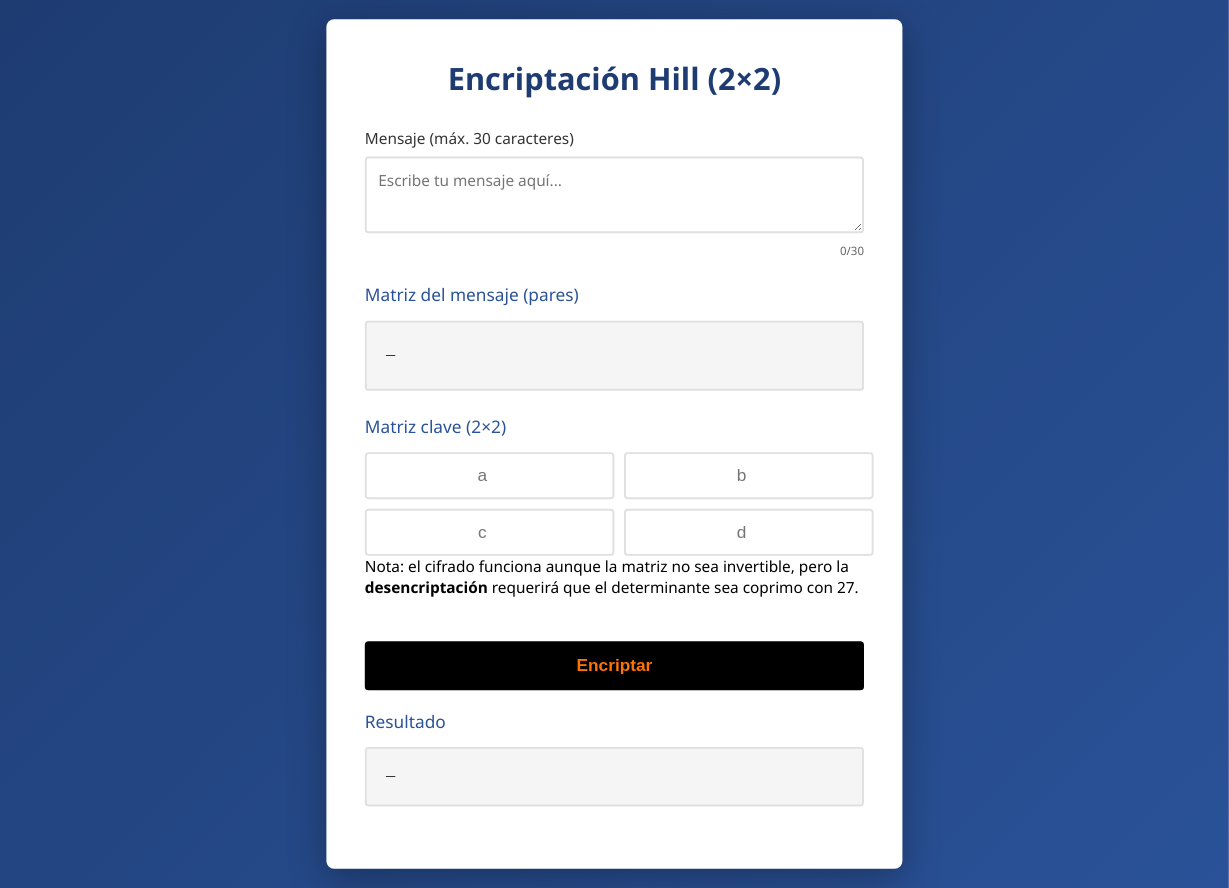
Repository: LeoTSW13/Clase-ejemplo-Algebra
Page: index.html
The author's editor kept a copy of each file at every save. The page is drawn from the files as they stood at one save, then again after the next save.
The browser window is 1280 px wide. The pictures show the whole page, at 96% of full size.

Above is the page before, as saved 2025-11-26 10:14:48.
Console error: TypeError: Cannot read properties of null (reading 'addEventListener')

### index.html
<!DOCTYPE html>
<html lang="es">
<head>
    <meta charset="UTF-8" />
    <meta name="viewport" content="width=device-width, initial-scale=1.0"/>
    <title>Encriptación Hill</title>
    <link rel="stylesheet" href="styles.css">
</head>
<body>
    <div class="container">
        <h1>Encriptación Hill (2×2)</h1>

        <div class="section">
            <label for="mensaje">Mensaje (máx. 30 caracteres)</label>
            <textarea id="mensaje" maxlength="30" placeholder="Escribe tu mensaje aquí..."></textarea>
            <div class="char-count">0/30</div>
        </div>

        <div class="section">
            <h3>Matriz del mensaje (pares)</h3>
            <div id="matrizMensaje" class="matriz-display">—</div>
        </div>

        <div class="section">
            <h3>Matriz clave (2×2)</h3>
            <div class="matriz-input">
                <input type="number" id="k11" placeholder="a">
                <input type="number" id="k12" placeholder="b">
                <input type="number" id="k21" placeholder="c">
                <input type="number" id="k22" placeholder="d">
            </div>
            <div class="hint">Nota: el cifrado funciona aunque la matriz no sea invertible, pero la <strong>desencriptación</strong> requerirá que el determinante sea coprimo con 27.</div>
        </div>

        <button id="encriptar">Encriptar</button>

        <div class="section">
            <h3>Resultado</h3>
            <div id="resultado" class="resultado-box">—</div>
        </div>
    </div>

    <script src="script.js"></script>
</body>
</html>

### styles.css
* {
    margin: 0;
    padding: 0;
    box-sizing: border-box;
}

body {
    font-family: 'Segoe UI', Tahoma, Geneva, Verdana, sans-serif;
    background: linear-gradient(135deg, #1e3c72 0%, #2a5298 100%);
    min-height: 100vh;
    display: flex;
    justify-content: center;
    align-items: center;
    padding: 20px;
}

.container {
    background: white;
    max-width: 600px;
    width: 100%;
    padding: 40px;
    border-radius: 8px;
    box-shadow: 0 10px 40px rgba(0, 0, 0, 0.3);
}

h1 {
    color: #1e3c72;
    text-align: center;
    margin-bottom: 30px;
    font-size: 32px;
    font-weight: 600;
}

h3 {
    color: #2a5298;
    margin-bottom: 15px;
    font-size: 18px;
    font-weight: 500;
}

.section {
    margin-bottom: 25px;
}

label {
    display: block;
    color: #333;
    margin-bottom: 8px;
    font-weight: 500;
}

textarea {
    width: 100%;
    padding: 12px;
    border: 2px solid #e0e0e0;
    border-radius: 4px;
    font-size: 16px;
    resize: vertical;
    min-height: 80px;
    font-family: inherit;
    transition: border-color 0.3s;
}

textarea:focus {
    outline: none;
    border-color: #2a5298;
}

.char-count {
    text-align: right;
    color: #666;
    font-size: 12px;
    margin-top: 5px;
}

.matriz-display {
    background: #f5f5f5;
    padding: 20px;
    border-radius: 4px;
    border: 2px solid #e0e0e0;
    min-height: 60px;
    font-family: 'Courier New', monospace;
    color: #333;
    line-height: 1.8;
}

.matriz-input {
    display: grid;
    grid-template-columns: 1fr 1fr;
    gap: 10px;
    max-width: 200px;
}

.matriz-input input {
    padding: 12px;
    border: 2px solid #e0e0e0;
    border-radius: 4px;
    font-size: 18px;
    text-align: center;
    transition: border-color 0.3s;
}

.matriz-input input:focus {
    outline: none;
    border-color: #2a5298;
}

button {
    width: 100%;
    padding: 15px;
    background: #000000;
    color: rgb(255, 115, 0);
    border: none;
    border-radius: 4px;
    font-size: 18px;
    font-weight: 600;
    cursor: pointer;
    transition: background 0.3s;
    margin: 20px 0;
}

button:hover {
    background: #1e3c72;
}

button:active {
    transform: scale(0.98);
}

.resultado-box {
    background: #f5f5f5;
    padding: 20px;
    border-radius: 4px;
    border: 2px solid #e0e0e0;
    min-height: 60px;
    font-family: 'Courier New', monospace;
    color: #333;
    word-wrap: break-word;
}

.error {
    color: #d32f2f;
    background: #ffebee;
    border-color: #d32f2f;
}

### script.js
const mensaje = document.getElementById('mensaje');
const charCount = document.querySelector('.char-count');
const matrizMensaje = document.getElementById('matrizMensaje');
const k11 = document.getElementById('k11');
const k12 = document.getElementById('k12');
const k21 = document.getElementById('k21');
const k22 = document.getElementById('k22');
const btnEncriptar = document.getElementById('encriptar');
const resultado = document.getElementById('resultado');

// Actualizar contador de caracteres
mensaje.addEventListener('input', () => {
    const len = mensaje.value.length;
    charCount.textContent = `${len}/30`;
    mostrarMatrizMensaje();
});

// Mostrar matriz del mensaje
function mostrarMatrizMensaje() {
    const texto = mensaje.value.toUpperCase().replace(/[^A-Z]/g, '');

    if (texto.length === 0) {
        matrizMensaje.textContent = 'Escribe un mensaje primero...';
        return;
    }

    const valores = texto.split('').map(char => char.charCodeAt(0) - 65);

    // Agrupar en pares
    let matriz = '[';
    for (let i = 0; i < valores.length; i += 2) {
        if (i > 0) matriz += ' ';
        matriz += '[' + valores[i];
        if (i + 1 < valores.length) {
            matriz += ', ' + valores[i + 1];
        } else {
            matriz += ', ' + (valores.length % 2 === 0 ? '' : '23'); // Padding con 'X'
        }
        matriz += ']';
    }
    matriz += ']';

    matrizMensaje.textContent = matriz;
}

// Función de encriptación Hill
btnEncriptar.addEventListener('click', () => {
    // Validar inputs
    const key = [
        [parseInt(k11.value) || 0, parseInt(k12.value) || 0],
        [parseInt(k21.value) || 0, parseInt(k22.value) || 0]
    ];

    if (key[0][0] === 0 && key[0][1] === 0 && key[1][0] === 0 && key[1][1] === 0) {
        resultado.textContent = 'Error: Ingresa una matriz clave válida';
        resultado.classList.add('error');
        return;
    }

    const texto = mensaje.value.toUpperCase().replace(/[^A-Z]/g, '');

    if (texto.length === 0) {
        resultado.textContent = 'Error: Ingresa un mensaje';
        resultado.classList.add('error');
        return;
    }

    // Calcular determinante
    const det = (key[0][0] * key[1][1] - key[0][1] * key[1][0]) % 26;

    if (det === 0) {
        resultado.textContent = 'Error: La matriz no es invertible (determinante = 0)';
        resultado.classList.add('error');
        return;
    }

    // Convertir texto a números
    let numeros = texto.split('').map(char => char.charCodeAt(0) - 65);

    // Agregar padding si es impar
    if (numeros.length % 2 !== 0) {
        numeros.push(23); // 'X'
    }

    // Encriptar
    let encriptado = '';
    for (let i = 0; i < numeros.length; i += 2) {
        const v1 = numeros[i];
        const v2 = numeros[i + 1];

        const c1 = (key[0][0] * v1 + key[0][1] * v2) % 26;
        const c2 = (key[1][0] * v1 + key[1][1] * v2) % 26;

        encriptado += String.fromCharCode(65 + c1);
        encriptado += String.fromCharCode(65 + c2);
    }

    resultado.classList.remove('error');
    resultado.textContent = encriptado;
});
const btnDesencriptar = document.getElementById('desencriptar');

// Función para obtener inverso modular
function modInv(a, m) {
    a = (a % m + m) % m;
    for (let x = 1; x < m; x++) {
        if ((a * x) % m === 1) return x;
    }
    return null;
}

// Botón Desencriptar
btnDesencriptar.addEventListener('click', () => {
    const key = [
        [parseInt(k11.value) || 0, parseInt(k12.value) || 0],
        [parseInt(k21.value) || 0, parseInt(k22.value) || 0]
    ];

    const texto = mensaje.value.toUpperCase().replace(/[^A-Z]/g, '');

    if (texto.length === 0) {
        resultado.textContent = 'Error: Ingresa el texto cifrado';
        resultado.classList.add('error');
        return;
    }

    if (texto.length % 2 !== 0) {
        resultado.textContent = 'Error: El texto cifrado debe tener longitud par';
        resultado.classList.add('error');
        return;
    }

    // Determinante
    let det = (key[0][0] * key[1][1] - key[0][1] * key[1][0]) % 26;
    if (det < 0) det += 26;

    // Inverso del determinante
    let detInv = modInv(det, 26);
    if (detInv === null) {
        resultado.textContent = 'Error: El determinante NO tiene inverso módulo 26 (no puedes desencriptar).';
        resultado.classList.add('error');
        return;
    }

    // Matriz adjunta
    const adj = [
        [key[1][1], -key[0][1]],
        [-key[1][0], key[0][0]]
    ];

    // Matriz inversa mod 26
    const invKey = [
        [
            (detInv * (adj[0][0] % 26 + 26)) % 26,
            (detInv * (adj[0][1] % 26 + 26)) % 26
        ],
        [
            (detInv * (adj[1][0] % 26 + 26)) % 26,
            (detInv * (adj[1][1] % 26 + 26)) % 26
        ]
    ];

    // Convertir texto a números
    let numeros = texto.split('').map(c => c.charCodeAt(0) - 65);

    // Desencriptar
    let desencriptado = '';
    for (let i = 0; i < numeros.length; i += 2) {
        const v1 = numeros[i];
        const v2 = numeros[i + 1];

        const p1 = (invKey[0][0] * v1 + invKey[0][1] * v2) % 26;
        const p2 = (invKey[1][0] * v1 + invKey[1][1] * v2) % 26;

        desencriptado += String.fromCharCode(65 + p1);
        desencriptado += String.fromCharCode(65 + p2);
    }

    resultado.classList.remove('error');
    resultado.textContent = desencriptado;
});

After the next save:
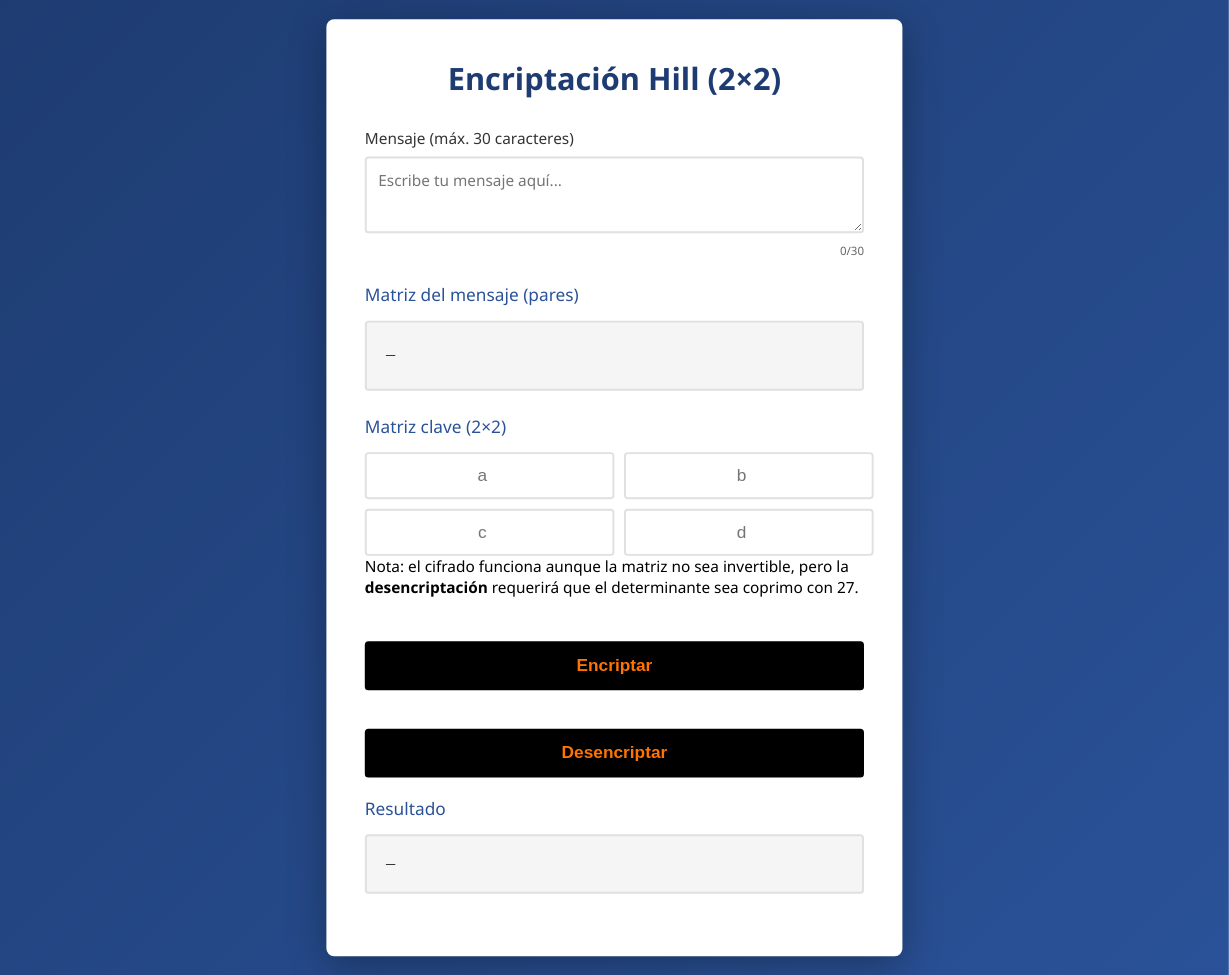
The error is gone.
Saved 3 s later.
--- a/index.html
+++ b/index.html
@@ -33,6 +33,8 @@
         </div>
 
         <button id="encriptar">Encriptar</button>
+        <button id="desencriptar">Desencriptar</button>
+
 
         <div class="section">
             <h3>Resultado</h3>
